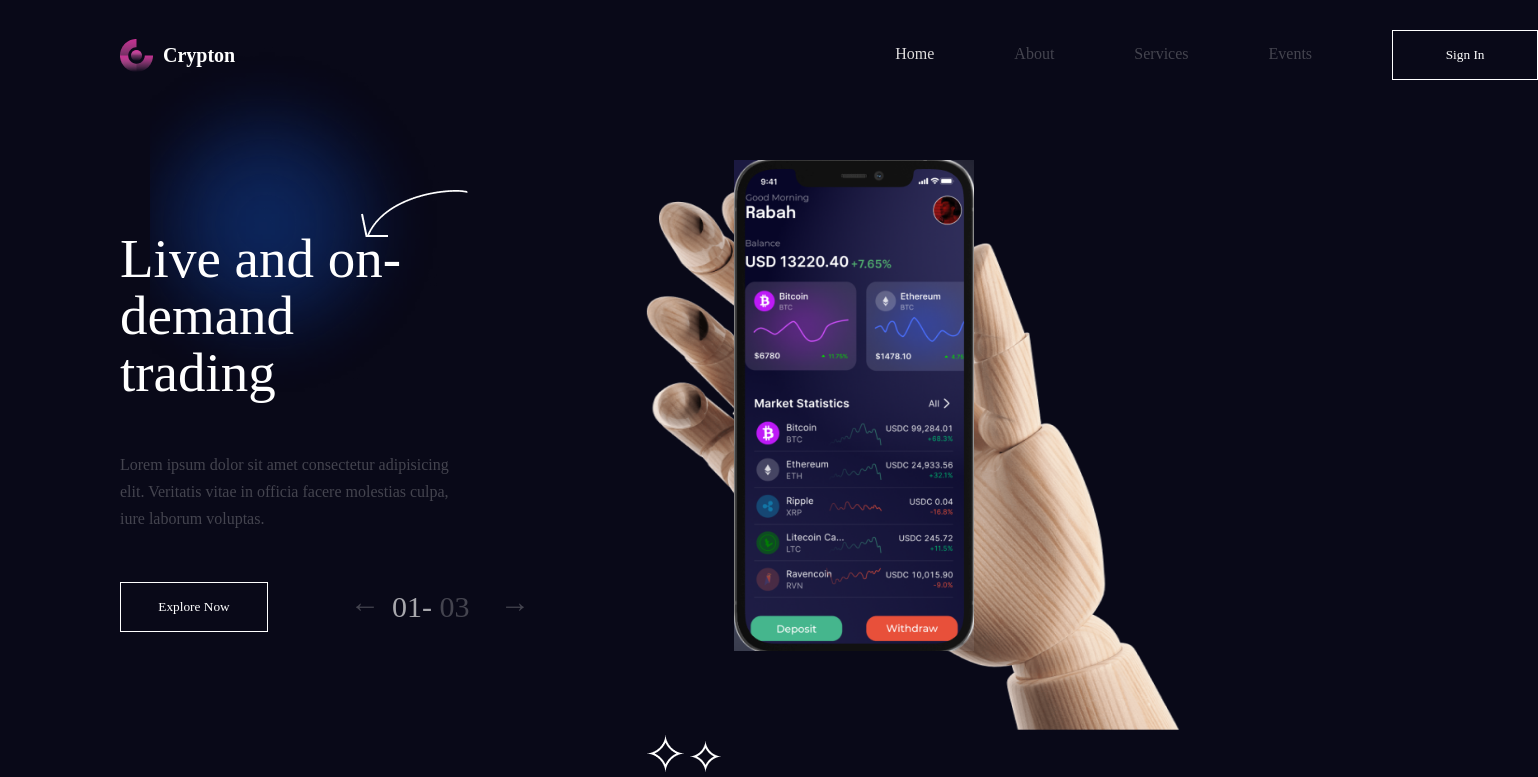
Repository: isaacCodes1/Crypton-Website
Page: index.html
The author's editor kept a copy of each file at every save. The page is drawn from the files as they stood at one save, then again after a run of saves.
The browser window is 1280 px wide. The page is 1538 px wide, so the pictures cover 1538 px, including what lies to the right of the window. The pictures show the whole page.

Above is the page before, as saved 2024-05-14 21:08:41.

### index.html
<!DOCTYPE html>
<html lang="en">
  <head>
    <meta charset="UTF-8" />
    <meta name="viewport" content="width=device-width, initial-scale=1.0" />
    <link rel="stylesheet" href="style.css" />
    <title>Crypton HomePage</title>
  </head>
  <body>
    <header>
      <nav>
        <div class="headerGen">
          <div class="logo">
            <img class="logoImage" src="/Assets/Group 605.png" alt="" />
            <p class="logoText">Crypton</p>
            <ul>
              <li>Home</li>
              <li style="color: #d6d5d54a">About</li>
              <li style="color: #d6d5d54a">Services</li>
              <li style="color: #d6d5d54a">Events</li>
              <button class="sign">Sign In</button>
            </ul>
          </div>
        </div>
      </nav>
    </header>
    <section>
      <div class="firstSectionGeneral">
        <div class="liveTexts">
          <h1 class="liveText"><span><img class="shadow" src="/Assets/shadow.png" alt=""></span><span><img class="arrow" src="/Assets/Arrow_03.png" alt=""></span>Live and on-demand trading</h1>
          <p class="lorem">
            Lorem ipsum dolor sit amet consectetur adipisicing elit. Veritatis
            vitae in officia facere molestias culpa, iure laborum voluptas.
          </p>
          <button class="explore">Explore Now</button>
          <span class="rArrow">&#8592;</span>
          <p class="innerP">01- <span class="theBrownNumber">03</span></p>
          <span class="lArrow">&#8594;</span>
        </div>
      </div>
    </section>
    <section>
      <div class="handDiv">
        <div class="woodenHand">
          <img class="wood" src="/Assets/rabat.png
          " alt="">
          <img class="hand" src="/Assets/Hand.png" alt="">
          <img src="/Assets/Star 5.png" alt="">
          <img src="/Assets/Star 6.png" alt="">
        </div>
      </div>
    </section>
  </body>
</html>

### style.css
    * {
    margin: 0;
    padding: 0;
    box-sizing: border-box;
    font-family: "poppins";
    }
body{
    background-color: rgb(9, 9, 24);
}
/* NavBar */
.logo {
    display: flex;
    align-items: center;
    gap: 10px;
    padding-top: 30px;
    margin-left: 120px;
    margin-bottom: 150px;
    cursor: pointer;
}
.logoText{
    font-size: 20px;
    color: #fff;
    margin-right: 650px;
    font-weight: 600;
}
.logo ul{
    display: flex;
    color: #dedcdc;
    list-style: none;
    gap: 80px;
    display: flex;
    align-items: center;
    cursor: pointer;
}
    .logo ul li {
        list-style: none;
        display: inline-block;
        /* padding: 8px 12px; */
        position: relative;
    }
    .logo ul li::after {
        content: "";
        width: 0%;
        height: 2px;
        background: #fff;
        display: block;
        margin: auto;
        transition: 0.5s;
    }
    .logo ul li:hover::after {
        width: 70%;
    }

.sign{
    width: 146px;
    height: 50px;
    border: 1px solid #fff;
    background: transparent;
    color: #fff;
    cursor: pointer;
}
/* Landing Page */
.liveTexts{
    /* display: flex; */
}
.liveText{
    display: flex;
    flex-direction: column;
    font-size: 55px;
    width: 340px;
    line-height: 57px;
    color: #fff;
    margin-left: 120px;
    font-weight: normal;
    margin-bottom: 50px;
}
.shadow{
    width: 25%;
    position: absolute;
    top: 20px;
    left: 150px;
    z-index: -1;
}
.lorem{
    color: #d6d5d54a;
    width: 27%;
    margin-left: 120px;
    line-height: 27px;
    margin-bottom: 50px;
}
.explore{
    margin-left: 120px;
    width: 148px;
    height: 50px;
    background: transparent;
    color: #fff;
    border: 1px solid #fff;
}
.arrow{
    position: absolute;
    top: 120px;
    left: 320px;
}
.rArrow{
    position: absolute;
    font-size: 30px;
    top: 585px;
    left: 350px;
    margin-right: 200px;
    color: #d6d5d54a;
    display: flex;
    align-items: center;
}
.lArrow{
    position: absolute;
    font-size: 30px;
    top: 585px;
    left: 500px;
    color: #d6d5d54a;
    display: flex;
    align-items: center;
}
.innerP{
    position: absolute;
    left: 392px;
    top: 590px;
    color: #ffffffa4;
    font-size: 30px;
}
.theBrownNumber{
    color: #d6d5d54a;
}
/* Wooden Hand Image */
.handDiv{
    display: flex;
    position: absolute;
    top: 190px;
    right: 100px;
}
.hand{
    height: 75vh;
    width: 100%;
}
.wood{
    position: absolute;
    right: 206px;
    top: -30px;
    width: 45%;
}

After the next 2 saves:
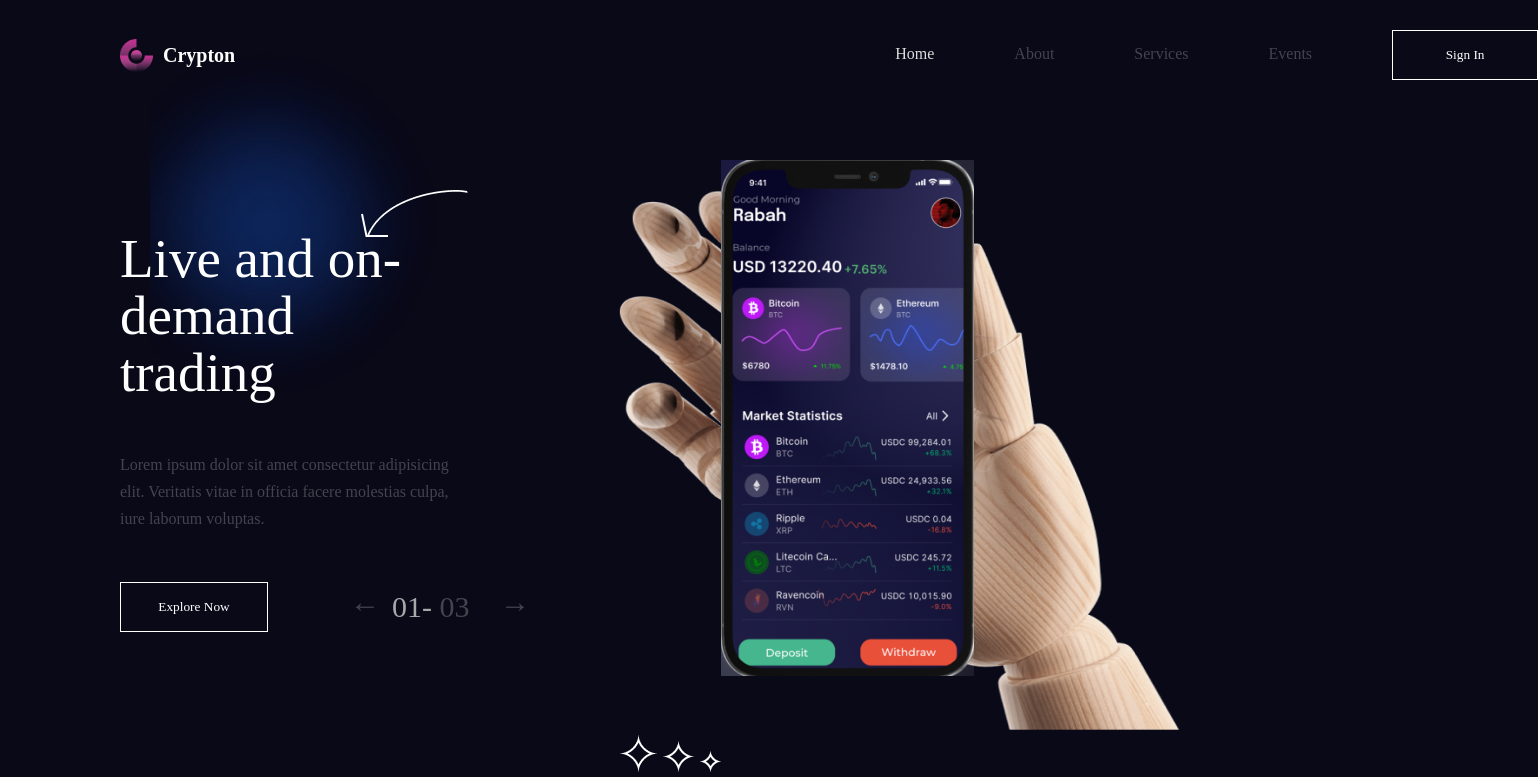
The 2 saves are shown as one change because they came seconds apart.
The last was saved 8 s later.
--- a/index.html
+++ b/index.html
@@ -47,6 +47,7 @@
           <img class="hand" src="/Assets/Hand.png" alt="">
           <img src="/Assets/Star 5.png" alt="">
           <img src="/Assets/Star 6.png" alt="">
+          <img src="/Assets/Star 8.png" alt="">
         </div>
       </div>
     </section>
